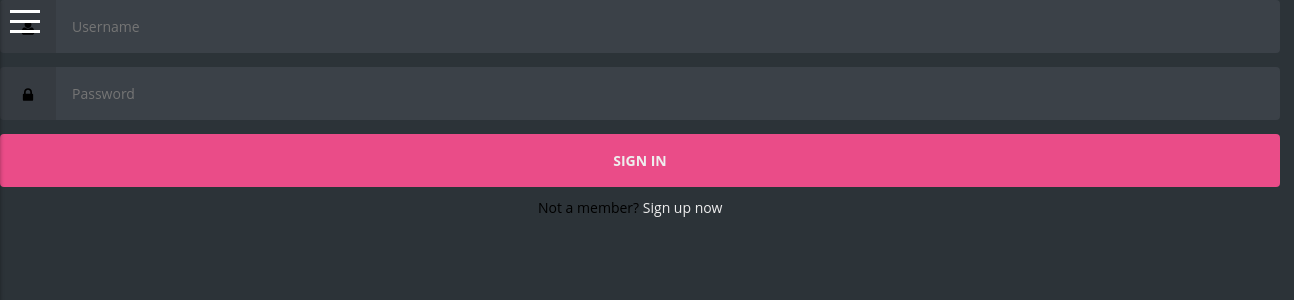
Repository: se-yoo/ChangeSeat
Page: http://localhost/ChangeSeat/signUp.jsp
An editor plug-in stored every save of this project. The page is shown before and after the next save, followed by the edit.
The browser window is 1280 px wide. The page is 1294 px wide, then 1280 px, so the pictures cover 1294 px, including what lies to the right of the window. The pictures show the whole page.
Some web libraries are served in a nearby version. The page is served by Tomcat 9.

Above is the page before, as saved 2018-06-25 09:29:08.

### ChangeSeat/WebContent/signUp.jsp
<%@ page language="java" contentType="text/html; charset=UTF-8"
    pageEncoding="UTF-8"%>
<jsp:forward page="templateTest.jsp">
	<jsp:param name="CONTENTPAGE" value="loginProc.jsp"/>
</jsp:forward>

### ChangeSeat/WebContent/templateTest.jsp
<%@ page language="java" contentType="text/html; charset=UTF-8"
    pageEncoding="UTF-8"%>
<!DOCTYPE html>
<html>
<head>
<meta charset="UTF-8">
<title>자리바꾸기</title>
<meta name="viewport" content="width=device-width, initial-scale=1">
 <title>Side Menu</title>
 <link rel="stylesheet" href="templateStyle.css">
 <link href='https://fonts.googleapis.com/css?family=Pacifico' rel='stylesheet' type='text/css'>
 <script src="//ajax.googleapis.com/ajax/libs/jquery/1.6.1/jquery.min.js" type="text/javascript"></script>
 <script>
$(document).ready(function(){
  /*
  $(".first").mouseover(function(){
    $(".second").css("background-color", '#6b81d5');
    $(".first").css("background-color", '#D56B81');

  });
  $(".second").mouseover(function(){
    $(".second").css("background-color", '#8a6bd5');
    $(".first").css("background-color", '#6bd5bf');

  });
  */
  $(".wrap").click(function(){
    $(".top").toggleClass("addedtop");
    $(".mid").toggleClass("addedmid");
    $(".bot").toggleClass("addedbot");
$(".side").toggleClass("triggered");
    $(".sidebtn").toggleClass("sideopacity");


  });

}); //final
</script>
</head>
<body>
<%
	String contentpage=request.getParameter("CONTENTPAGE");
%>
  <div class="wrap">
<span class="line top"></span>
  <span class="line mid"></span>
  <span class="line bot"></span>
  </div>
  <div class="side">
    <a href="main.jsp" class="sidebtn">홈</a>
    <a href="#" class="sidebtn">자리바꾸기</a>
    <a href="#" class="sidebtn">조편성</a>
    <a href="#" class="sidebtn">정보관리</a>
  </div>
  <jsp:include page="<%= contentpage %>"></jsp:include>
</body>
</html>

### ChangeSeat/WebContent/loginProc.jsp
<%@ page language="java" contentType="text/html; charset=UTF-8"
	pageEncoding="UTF-8"%>
<!DOCTYPE html>
<html>
<head>
<meta content="text/html; charset=UTF-8">
<title></title>
 <link rel="stylesheet" href="loginStyle.css">
</head>
<body>
	<div class="grid">

    <form action="https://httpbin.org/post" method="POST" class="form login">

      <div class="form__field">
        <label for="login__username"><svg class="icon"><use xmlns:xlink="http://www.w3.org/1999/xlink" xlink:href="#user"></use></svg><span class="hidden">Username</span></label>
        <input id="login__username" type="text" name="username" class="form__input" placeholder="Username" required>
      </div>

      <div class="form__field">
        <label for="login__password"><svg class="icon"><use xmlns:xlink="http://www.w3.org/1999/xlink" xlink:href="#lock"></use></svg><span class="hidden">Password</span></label>
        <input id="login__password" type="password" name="password" class="form__input" placeholder="Password" required>
      </div>

      <div class="form__field">
        <input type="submit" value="Sign In">
      </div>

    </form>

    <p class="text--center">Not a member? <a href="#">Sign up now</a> <svg class="icon"><use xmlns:xlink="http://www.w3.org/1999/xlink" xlink:href="assets/images/icons.svg#arrow-right"></use></svg></p>

  </div>

	  <svg xmlns="http://www.w3.org/2000/svg" class="icons"><symbol id="arrow-right" viewBox="0 0 1792 1792">
	  <path d="M1600 960q0 54-37 91l-651 651q-39 37-91 37-51 0-90-37l-75-75q-38-38-38-91t38-91l293-293H245q-52 0-84.5-37.5T128 1024V896q0-53 32.5-90.5T245 768h704L656 474q-38-36-38-90t38-90l75-75q38-38 90-38 53 0 91 38l651 651q37 35 37 90z"/>
	  </symbol><symbol id="lock" viewBox="0 0 1792 1792">
	  <path d="M640 768h512V576q0-106-75-181t-181-75-181 75-75 181v192zm832 96v576q0 40-28 68t-68 28H416q-40 0-68-28t-28-68V864q0-40 28-68t68-28h32V576q0-184 132-316t316-132 316 132 132 316v192h32q40 0 68 28t28 68z"/>
	  </symbol><symbol id="user" viewBox="0 0 1792 1792"><path d="M1600 1405q0 120-73 189.5t-194 69.5H459q-121 0-194-69.5T192 1405q0-53 3.5-103.5t14-109T236 1084t43-97.5 62-81 85.5-53.5T538 832q9 0 42 21.5t74.5 48 108 48T896 971t133.5-21.5 108-48 74.5-48 42-21.5q61 0 111.5 20t85.5 53.5 62 81 43 97.5 26.5 108.5 14 109 3.5 103.5zm-320-893q0 159-112.5 271.5T896 896 624.5 783.5 512 512t112.5-271.5T896 128t271.5 112.5T1280 512z"/></symbol></svg>

</body>
</html>

### ChangeSeat/WebContent/templateStyle.css
@CHARSET "UTF-8";
@font-face{
	font-family:yangFont;
	src:url('yangfont05.ttf') format('truetype');
}
@font-face{
	font-family:Nanum;
	src:url('NanumBarunGothicLight.ttf') format('truetype');
}
body {
  background-color:#f4a391;
  margin: 0;
  padding: 0;
  font-family:Nanum;
}
html,body {
 height:100%;
}
.line {
 display: block;
  height:3px;
  width:30px;
  background-color:white;
  margin-top:5px;
  position: absolute;
  top:0;

  transition: all .4s ease-in-out;
}
.wrap {
 height:80px;
  position: relative;
  top:5px;
  left:10px;
  width: 30px;
  z-index: +150;
  cursor: pointer;
  height:30px;
  position: fixed;
}

.mid {
 top:10px;
}
.bot {
top:20px;
}

.addedmid {
  transform: rotate(135deg);
}
.addedtop {
  transform: rotate(45deg);
  top:10px;
}
.addedbot {
 opacity: 0;
}
.side {
	font-family: yangFont;
	width:20%;
  	position: fixed;
  	height:100%;
  	text-align: center;
  	left:-20%;
  	z-index: 80;
  	box-shadow: 0 1px 4px 0 rgba(0,0,0,0.37);
  	top:0;
  	background-color: #21a770;
  	transition: all .5s ease-in-out;
}
.sidebtn {
 text-decoration: none;
  display: block;
  color:white;
  font-size:35px;
  opacity:0;
  width:50%;
  position: relative;
  left:25%;
  top:25%;
  white-space: nowrap;
  line-height:100px;
  transition:all .25s ease-in-out;

}
.sideopacity  {
 opacity: 1;
  transition: all 1s ease-in-out;
}
.sidebtn:hover {
  text-shadow: 2px 2px rgba(0, 0, 0, 0.38);
}
.triggered {
 left:0;
}
.sidebtn::after {
 content: '';
  position: absolute;
  bottom:0;
  left:50%;
  width:0%;
  height:5px;
  background-color: white;
  transition: all .3s ease-out;
}
.sidebtn:hover::after {
 width: 100%;
  left:0;
  box-shadow: 2px 2px rgba(0, 0, 0, 0.38);
}

### ChangeSeat/WebContent/loginStyle.css
@CHARSET "UTF-8";
@font-face{
	font-family:yangFont;
	src:url('yangfont05.ttf') format('truetype');
}
@font-face{
	font-family:Nanum;
	src:url('NanumBarunGothicLight.ttf') format('truetype');
}
body{
	text-align:center;
	font-size:1.2em;
}
.hidden {
  border: 0;
  clip: rect(0 0 0 0);
  height: 1px;
  margin: -1px;
  overflow: hidden;
  padding: 0;
  position: absolute;
  width: 1px;
}

/* helpers/icon.css */

:root {
  --iconFill: var(--baseColor);
}

.icons {
  display: none;
}

.icon {
  display: inline-block;
  fill: var(--iconFill);
  font-size: 1rem;
  height: 1em;
  vertical-align: middle;
  width: 1em;
}

/* layout/base.css */

:root {
  --htmlFontSize: 100%;

  --bodyBackgroundColor: #2c3338;
  --bodyColor: var(--baseColor);
  --bodyFontFamily: 'Open Sans';
  --bodyFontFamilyFallback: sans-serif;
  --bodyFontSize: 0.875rem;
  --bodyFontWeight: 400;
  --bodyLineHeight: 1.5;
}

* {
  box-sizing: inherit;
}

html {
  box-sizing: border-box;
  font-size: var(--htmlFontSize);
  height: 100%;
}

body {
  background-color: var(--bodyBackgroundColor);
  color: var(--bodyColor);
  font-family: var(--bodyFontFamily), var(--bodyFontFamilyFallback);
  font-size: var(--bodyFontSize);
  font-weight: var(--bodyFontWeight);
  height: 100%;
  line-height: var(--bodyLineHeight);
  margin: 0;
  min-height: 100vh;
}

/* modules/anchor.css */

:root {
  --anchorColor: #eee;
}

a {
  color: var(--anchorColor);
  outline: 0;
  text-decoration: none;
}

a:focus,
a:hover {
  text-decoration: underline;
}

/* modules/form.css */

:root {
  --formFieldMargin: 0.875rem;
}

input {
  background-image: none;
  border: 0;
  color: inherit;
  font: inherit;
  margin: 0;
  outline: 0;
  padding: 0;
  transition: background-color 0.3s;
}

input[type='submit'] {
  cursor: pointer;
}

.form {
  margin: calc(var(--formFieldMargin) * -1);
}

.form input[type='password'],
.form input[type='text'],
.form input[type='submit'] {
  width: 100%;
}

.form__field {
  display: flex;
  margin: var(--formFieldMargin);
}

.form__input {
  flex: 1;
}

/* modules/login.css */

:root {
  --loginBorderRadus: 0.25rem;
  --loginColor: #eee;

  --loginInputBackgroundColor: #3b4148;
  --loginInputHoverBackgroundColor: #434a52;

  --loginLabelBackgroundColor: #363b41;

  --loginSubmitBackgroundColor: #ea4c88;
  --loginSubmitColor: #eee;
  --loginSubmitHoverBackgroundColor: #d44179;
}

.login {
  color: var(--loginColor);
}

.login label,
.login input[type='text'],
.login input[type='password'],
.login input[type='submit'] {
  border-radius: var(--loginBorderRadus);
  padding: 1rem;
}

.login label {
  background-color: var(--loginLabelBackgroundColor);
  border-bottom-right-radius: 0;
  border-top-right-radius: 0;
  padding-left: 1.25rem;
  padding-right: 1.25rem;
}

.login input[type='password'],
.login input[type='text'] {
  background-color: var(--loginInputBackgroundColor);
  border-bottom-left-radius: 0;
  border-top-left-radius: 0;
}

.login input[type='password']:focus,
.login input[type='password']:hover,
.login input[type='text']:focus,
.login input[type='text']:hover {
  background-color: var(--loginInputHoverBackgroundColor);
}

.login input[type='submit'] {
  background-color: var(--loginSubmitBackgroundColor);
  color: var(--loginSubmitColor);
  font-weight: 700;
  text-transform: uppercase;
}

.login input[type='submit']:focus,
.login input[type='submit']:hover {
  background-color: var(--loginSubmitHoverBackgroundColor);
}

/* modules/text.css */

:root {
  --paragraphMarginBottom: 1.5rem;
  --paragraphMarginTop: 1.5rem;
}

p {
  margin-bottom: var(--paragraphMarginBottom);
  margin-top: var(--paragraphMarginTop);
}

.text--center {
  text-align: center;
}

After the next save:
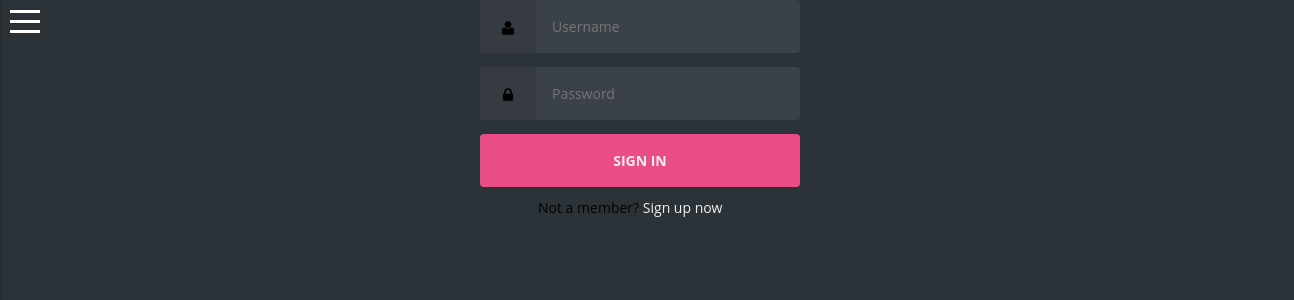
Saved 22 s later.
--- a/ChangeSeat/WebContent/loginStyle.css
+++ b/ChangeSeat/WebContent/loginStyle.css
@@ -11,6 +11,21 @@ body{
 	text-align:center;
 	font-size:1.2em;
 }
+
+:root {
+  --gridMaxWidth: 20rem;
+  --gridWidth: 90%;
+}
+
+.grid {
+  margin-left: auto;
+  margin-right: auto;
+  max-width: var(--gridMaxWidth);
+  width: var(--gridWidth);
+}
+
+/* helpers/hidden.css */
+
 .hidden {
   border: 0;
   clip: rect(0 0 0 0);
